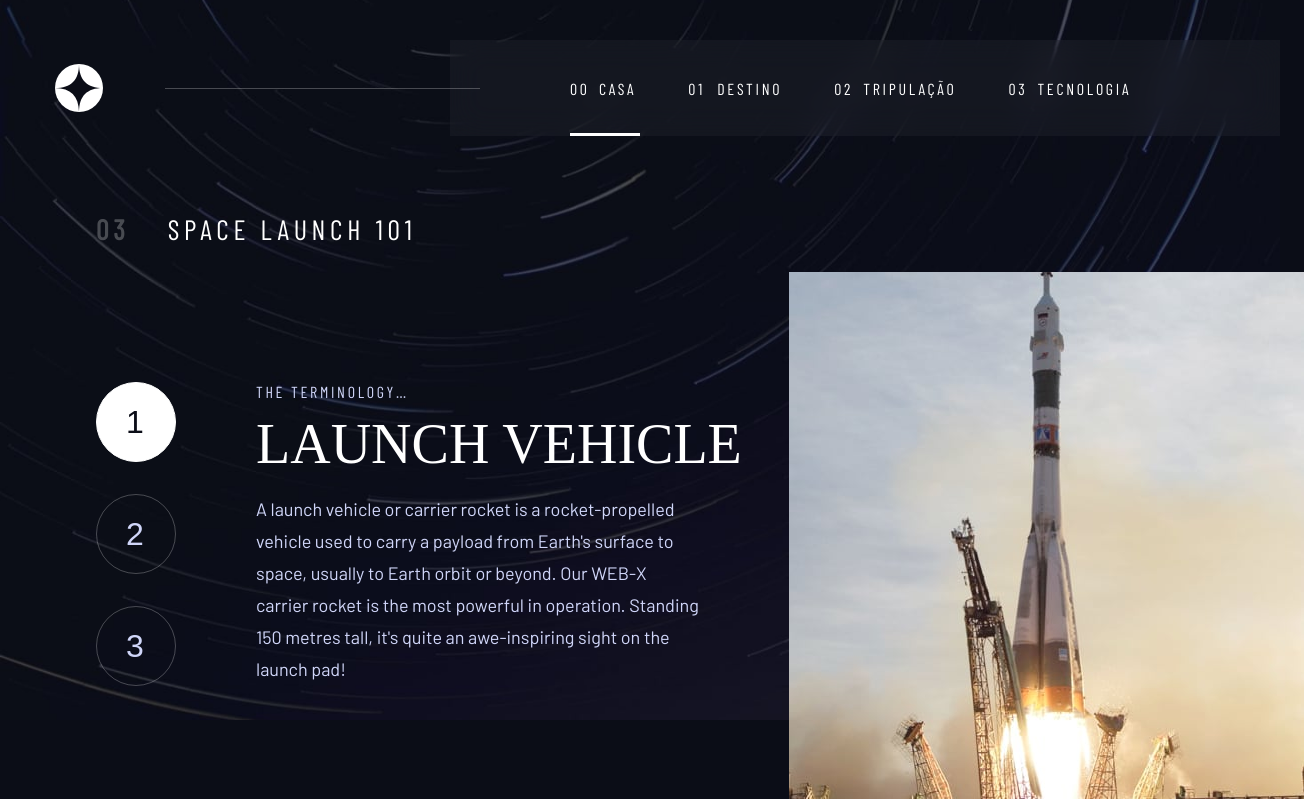
Repository: devbastos/turismo-no-espaco
Page: technology.html
The author's editor kept a copy of each file at every save. The page is drawn from the files as they stood at one save, then again after the next save.
The browser window is 1280 px wide. The page is 1304 px wide, so the pictures cover 1304 px, including what lies to the right of the window. The pictures show the whole page.
Some web fonts or font styles are not loaded; a fallback is used.

Above is the page before, as saved 2022-02-03 10:40:45.

After the next save:
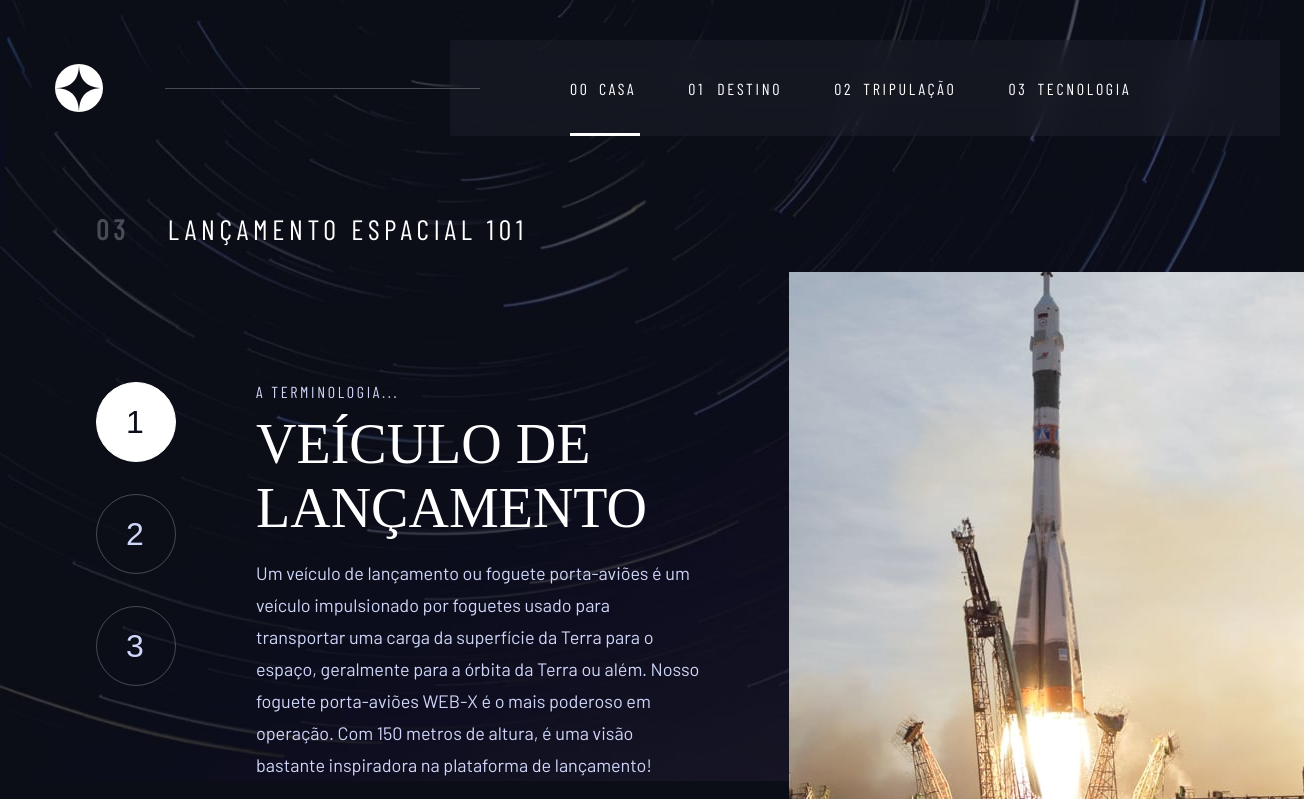
Saved 2 min 58 s later.
--- a/technology.html
+++ b/technology.html
@@ -30,7 +30,7 @@
   <main class="main">
     <div class="title">
       <div class="container">
-        <h5><span>03</span> SPACE LAUNCH 101</h5>
+        <h5><span>03</span> LANÇAMENTO ESPACIAL 101</h5>
       </div>
     </div>
     <div class="tab technology">
@@ -43,19 +43,19 @@
           </div>
           <div class="tab-content__items">
             <div class="tab-content__item active" tab-anchor="launch">
-              <p class="subheading3">THE TERMINOLOGY…</p>
-              <h3>LAUNCH VEHICLE</h3>
-              <p>A launch vehicle or carrier rocket is a rocket-propelled vehicle used to carry a payload from Earth's surface to space, usually to Earth orbit or beyond. Our WEB-X carrier rocket is the most powerful in operation. Standing 150 metres tall, it's quite an awe-inspiring sight on the launch pad!</p>
+              <p class="subheading3">A TERMINOLOGIA...</p>
+              <h3>VEÍCULO DE LANÇAMENTO</h3>
+              <p>Um veículo de lançamento ou foguete porta-aviões é um veículo impulsionado por foguetes usado para transportar uma carga da superfície da Terra para o espaço, geralmente para a órbita da Terra ou além. Nosso foguete porta-aviões WEB-X é o mais poderoso em operação. Com 150 metros de altura, é uma visão bastante inspiradora na plataforma de lançamento!</p>
             </div>
             <div class="tab-content__item" tab-anchor="spaceport">
-              <p class="subheading3">THE TERMINOLOGY…</p>
-              <h3>SPACEPORT</h3>
-              <p>A spaceport or cosmodrome is a site for launching (or receiving) spacecraft, by analogy to the seaport for ships or airport for aircraft. Based in the famous Cape Canaveral, our spaceport is ideally situated to take advantage of the Earth’s rotation for launch.</p>
+              <p class="subheading3">A TERMINOLOGIA...</p>
+              <h3>ESPAÇO PORTO</h3>
+              <p>Um porto espacial ou cosmódromo é um local para lançar (ou receber) naves espaciais, por analogia ao porto marítimo para navios ou aeroporto para aeronaves. Baseado no famoso Cabo Canaveral, nosso espaçoporto está idealmente situado para aproveitar a rotação da Terra para lançamento.</p>
             </div>
             <div class="tab-content__item" tab-anchor="capsule">
-              <p class="subheading3">THE TERMINOLOGY…</p>
-              <h3>SPACE CAPSULE</h3>
-              <p>A space capsule is an often-crewed spacecraft that uses a blunt-body reentry capsule to reenter the Earth's atmosphere without wings. Our capsule is where you'll spend your time during the flight. It includes a space gym, cinema, and plenty of other activities to keep you entertained.</p>
+              <p class="subheading3">A TERMINOLOGIA...</p>
+              <h3>CÁPSULA ESPACIAL</h3>
+              <p>Uma cápsula espacial é uma nave espacial frequentemente tripuizada que usa uma cápsula de reentrada de corpo brusco para reentrar na atmosfera da Terra sem asas. Nossa cápsula é onde você vai passar seu tempo durante o voo. Inclui uma academia espacial, cinema e muitas outras atividades para mantê-lo entretido.</p>
             </div>
           </div>
         </div>
